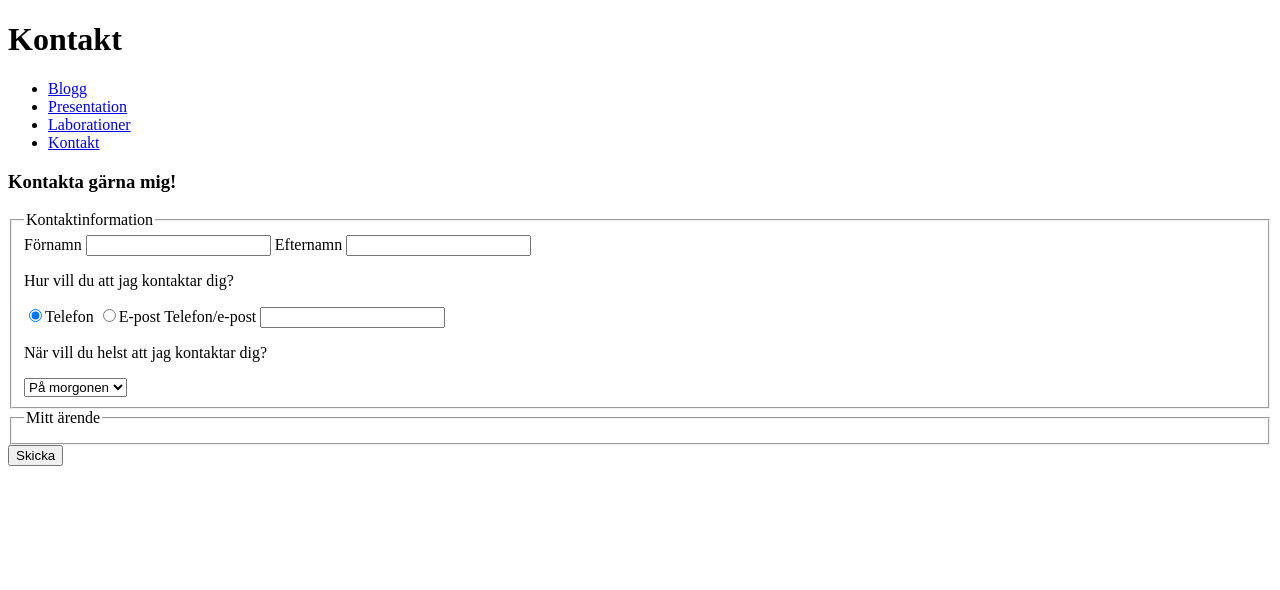
Repository: js223kz/1ik415-laborationer
Page: Pages/contact.html
The author's editor kept a record of every edit. The page is drawn from the files as they stood at one moment, then again after the next edit.
The browser window is 1280 px wide. The pictures show the whole page.

Above is the page before.

After the next edit:
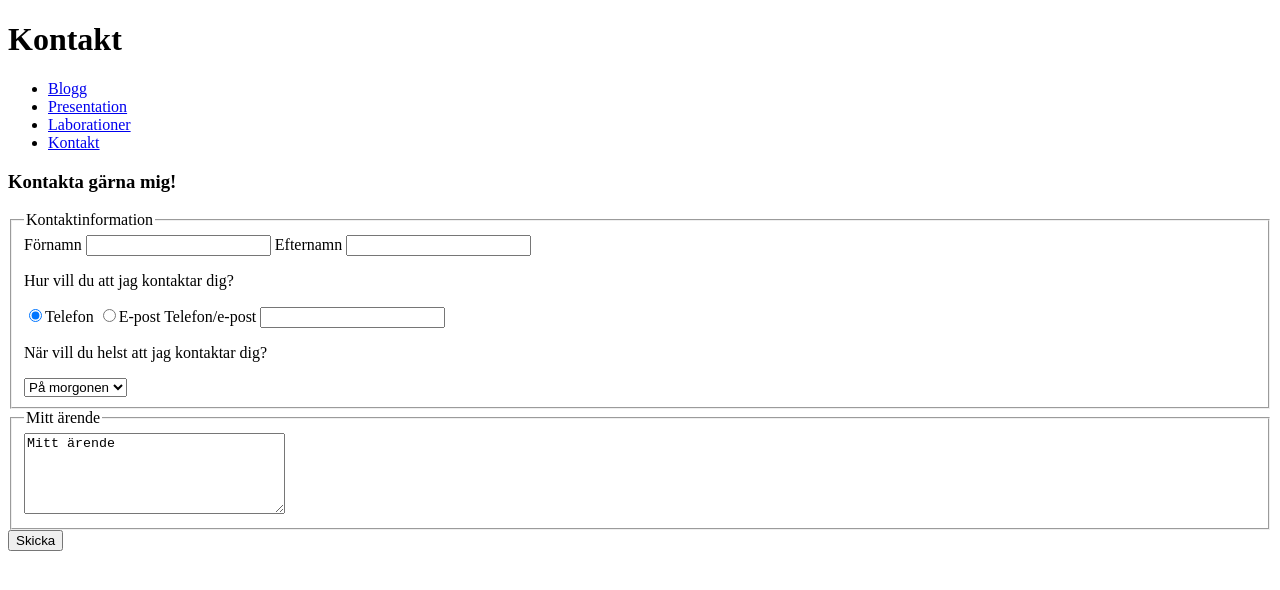
The edit:
--- a/Pages/contact.html
+++ b/Pages/contact.html
@@ -52,6 +52,7 @@
 
                 <fieldset>
                     <legend>Mitt ärende</legend>
+                    <textarea cols="30" rows="5" value="whatiwant">Mitt ärende</textarea>
                 </fieldset>
 
 
